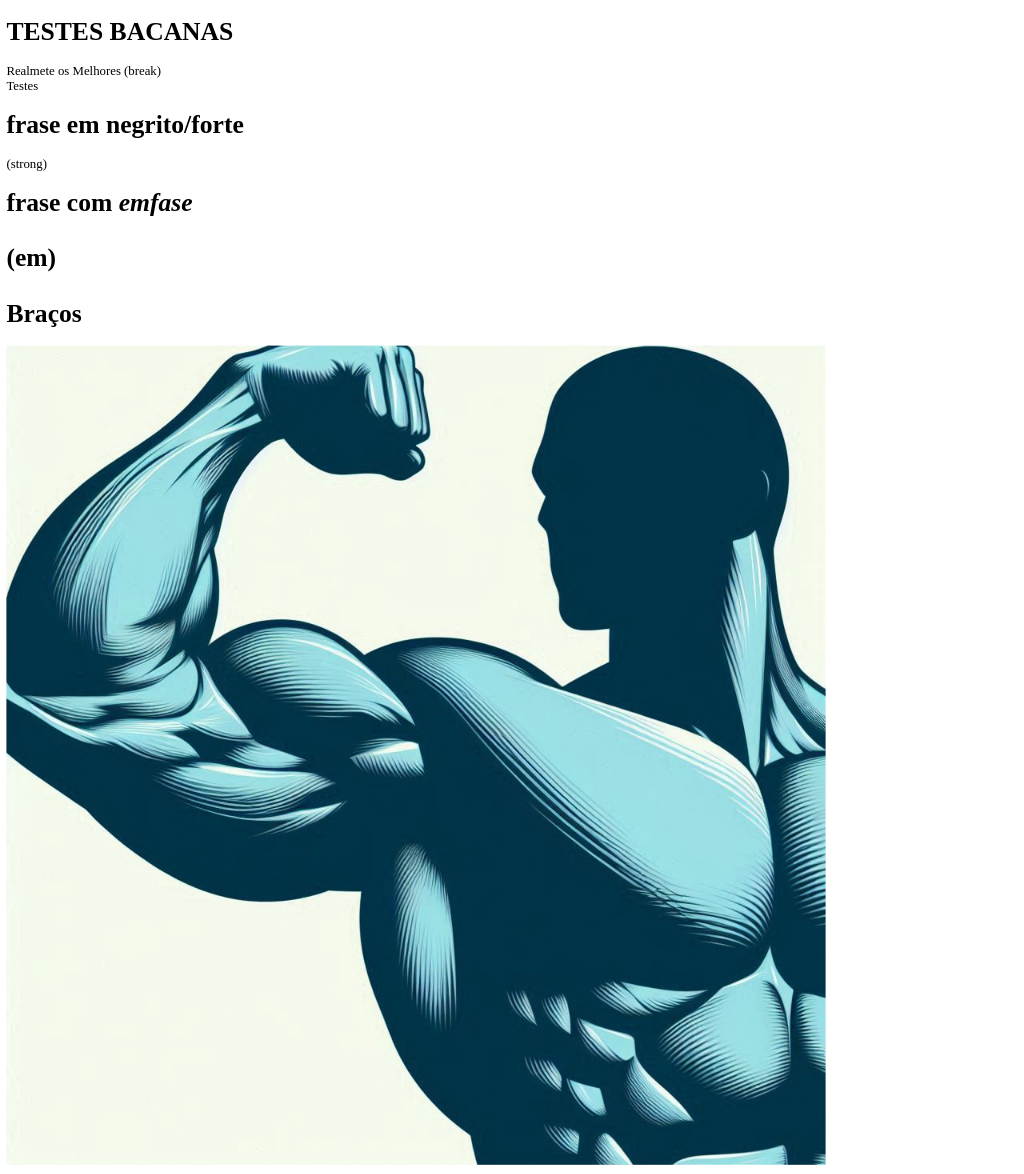
Repository: LuidyOn/Site_Forca_Total
Page: ForçaTotal/teste.html
An editor plug-in stored every save of this project. The page is shown before and after a run of saves, followed by the edit.
The browser window is 1280 px wide. The pictures show the whole page, at 80% of full size.

Above is the page before, as saved 2025-05-13 18:51:19.

### ForçaTotal/teste.html
<!DOCTYPE html>
<html lang="pt-br">
<head>
  <meta charset="UTF-8">
  <meta name="viewport" content="width=device-width, initial-scale=1.0">
  <link rel="shortcut icon" href="img/icons/logo.ico" type="image/x-icon">
  <title>Testes Força total</title>
</head>
<body>

<h1>TESTES BACANAS</h1>

  <p>Realmete os Melhores (break)<br> Testes </p>

<H1>frase em <strong>negrito/forte</strong> </H1>
<p>(strong) </p>

<H1>frase com <em>emfase</em> <br> <p> (em) </p>

  <h1>Braços</h1>
<img src="img/parteSerior.png" alt="parte superior">

</body>
</html>

After the next 5 saves:
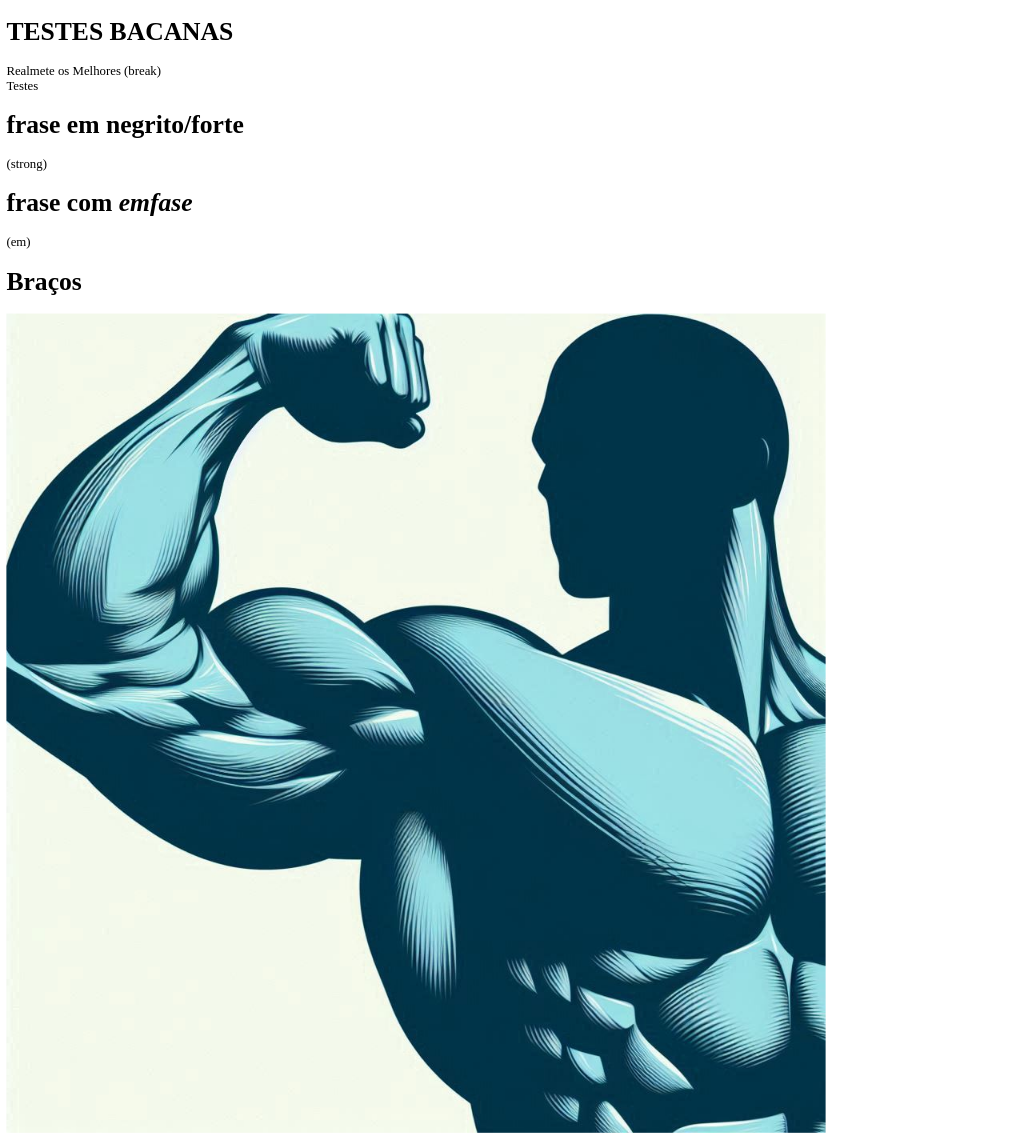
The 5 saves are shown as one change because they came seconds apart.
The last was saved 18 s later.
--- a/ForçaTotal/teste.html
+++ b/ForçaTotal/teste.html
@@ -15,7 +15,7 @@
 <H1>frase em <strong>negrito/forte</strong> </H1>
 <p>(strong) </p>
 
-<H1>frase com <em>emfase</em> <br> <p> (em) </p>
+<H1>frase com <em>emfase</em> </h1> <p> (em) </p>
 
   <h1>Braços</h1>
 <img src="img/parteSerior.png" alt="parte superior">
